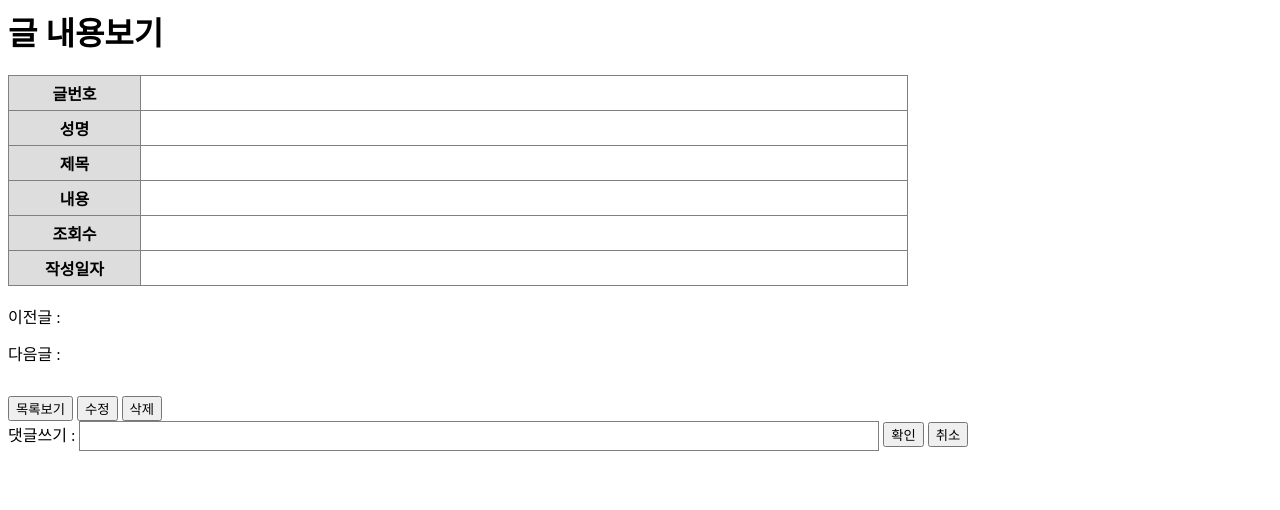
Repository: gold37/Spring
Page: http://localhost/Board/WEB-INF/views/tiles1/board/view.jsp
The author's editor kept a copy of each file at every save. The page is drawn from the files as they stood at one save, then again after the next save.
The browser window is 1280 px wide. The pictures show the whole page.
The page is served by Tomcat 9. Nobody is signed in. The template is opened directly, without the code that normally fills it, so the values that code supplies are empty.

Above is the page before, as saved 2020-07-17 05:32:02.
Console error: ReferenceError: $ is not defined

After the next save:
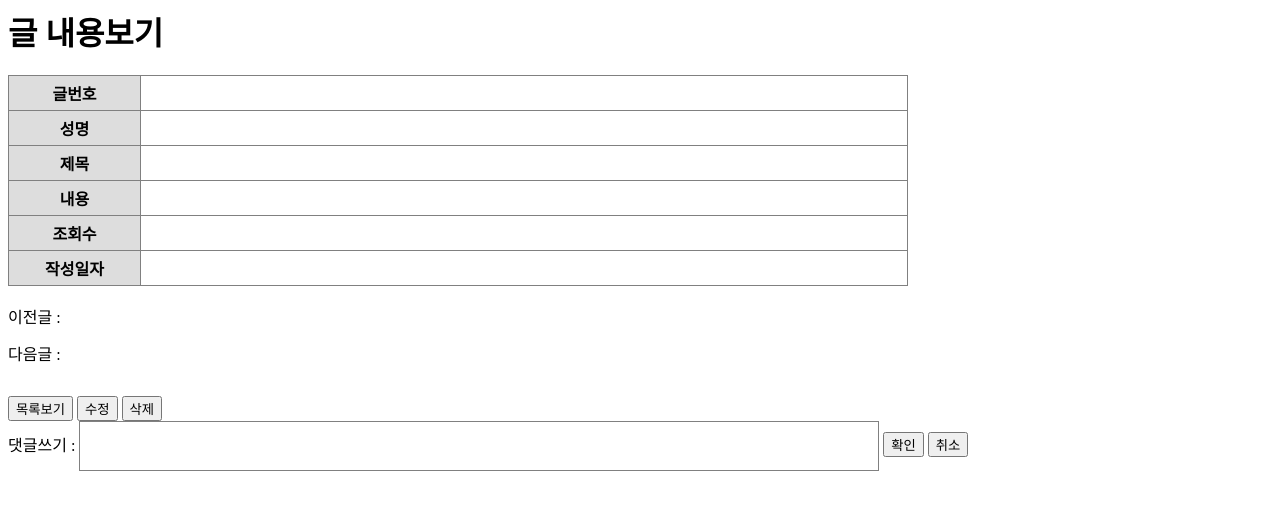
Saved 10 s later.
--- a/springworkspace/Board/src/main/webapp/WEB-INF/views/tiles1/board/view.jsp
+++ b/springworkspace/Board/src/main/webapp/WEB-INF/views/tiles1/board/view.jsp
@@ -96,7 +96,7 @@ a {text-decoration: none !important;}
 
 
 	<div>
-	댓글쓰기 : <input type="text" style="width:800px; height: 30px; " >
+	댓글쓰기 : <input type="text" style="width:800px; height: 50px;" >
 	<button>확인</button>
 	<button>취소</button>
 	</div>
